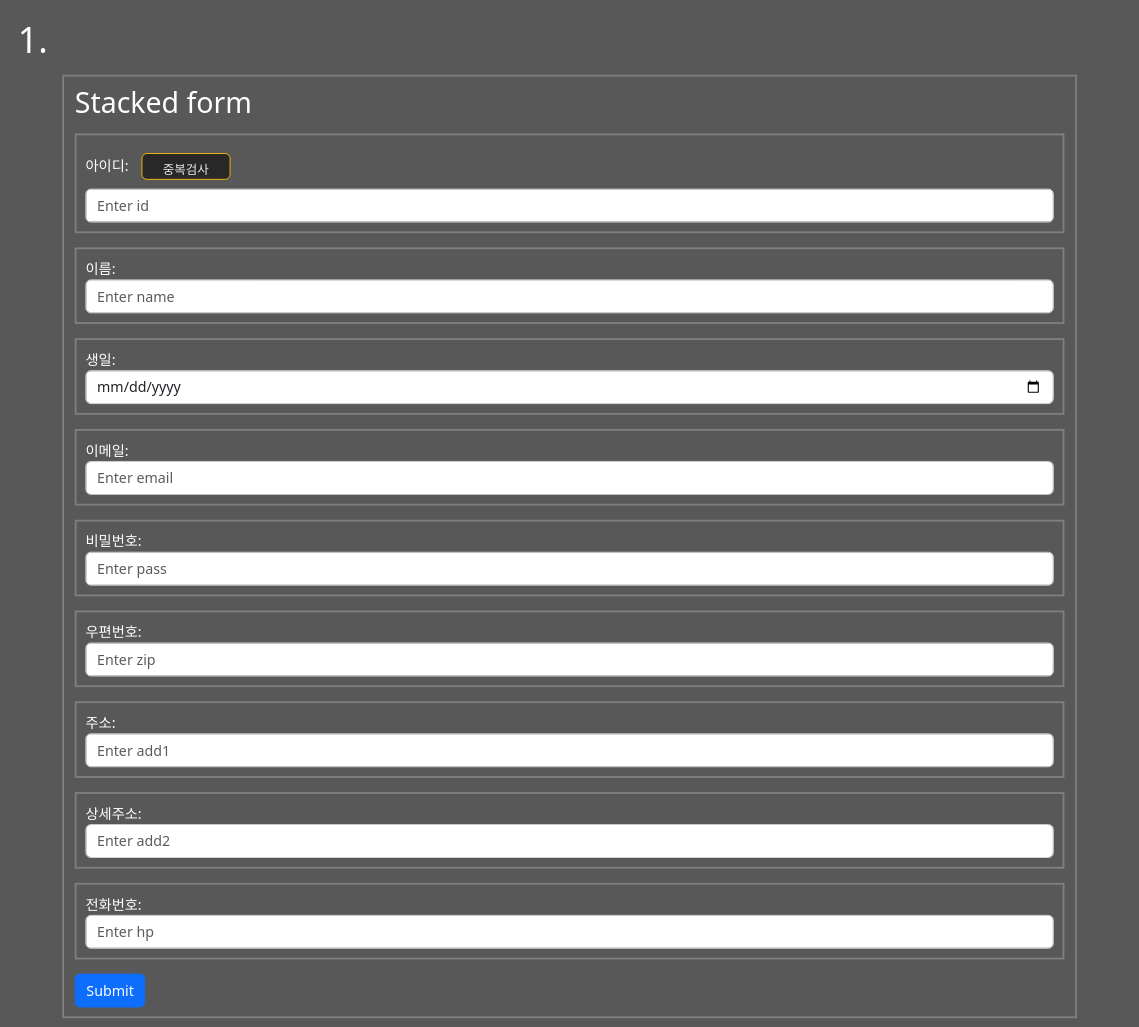
Repository: prawniel99/05_JQuery
Page: workspace/jqpro/WebContent/비동기6_ajax/join.html
These files come from the project's save history. The page is drawn as it stood at one moment and after the next save; the edit follows.
The browser window is 1280 px wide. The pictures show the whole page, at 89% of full size.

Above is the page before, as saved 2024-08-29 03:23:30.

After the next save:
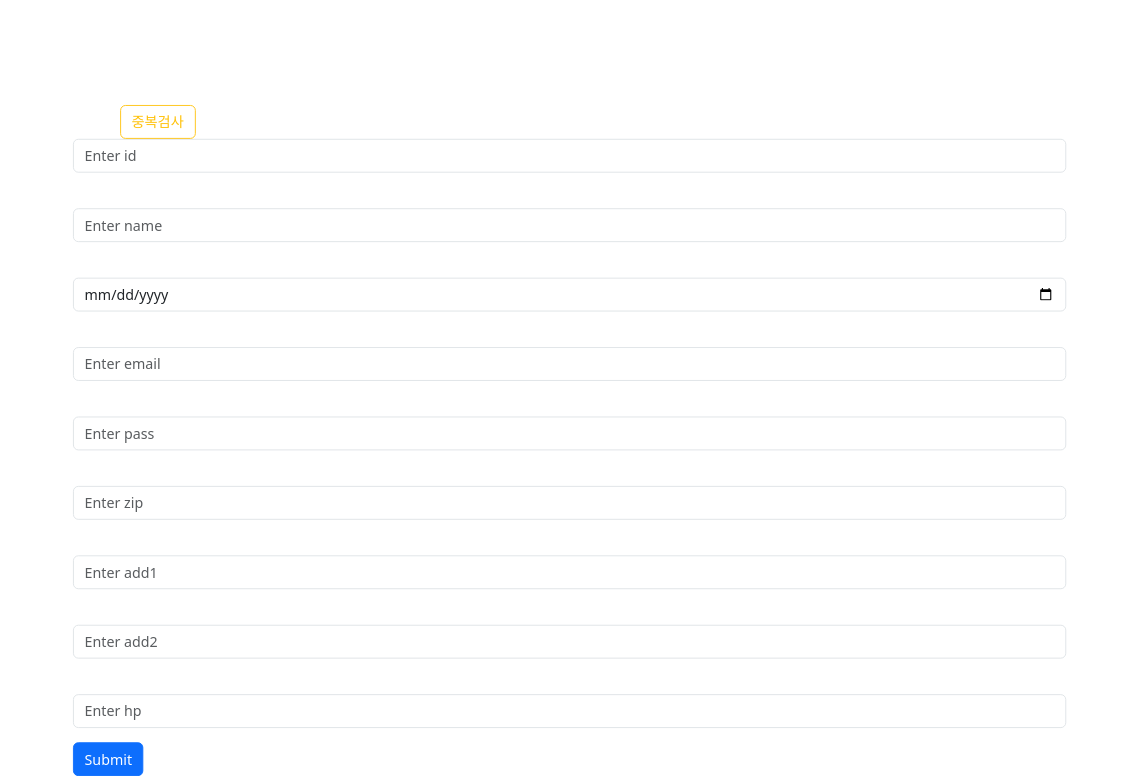
Saved 59 s later.
--- a/workspace/jqpro/WebContent/비동기6_ajax/join.html
+++ b/workspace/jqpro/WebContent/비동기6_ajax/join.html
@@ -5,7 +5,7 @@
     <meta name="viewport" content="width=device-width, initial-scale=1.0">
     <title>Document</title>
 
-    <link rel="stylesheet" href="../css/public.css">
+    <!-- <link rel="stylesheet" href="../css/public.css"> -->
     <script src="../js/jquery-3.7.1.js"></script>
 
     <!-- bootstrap -->
